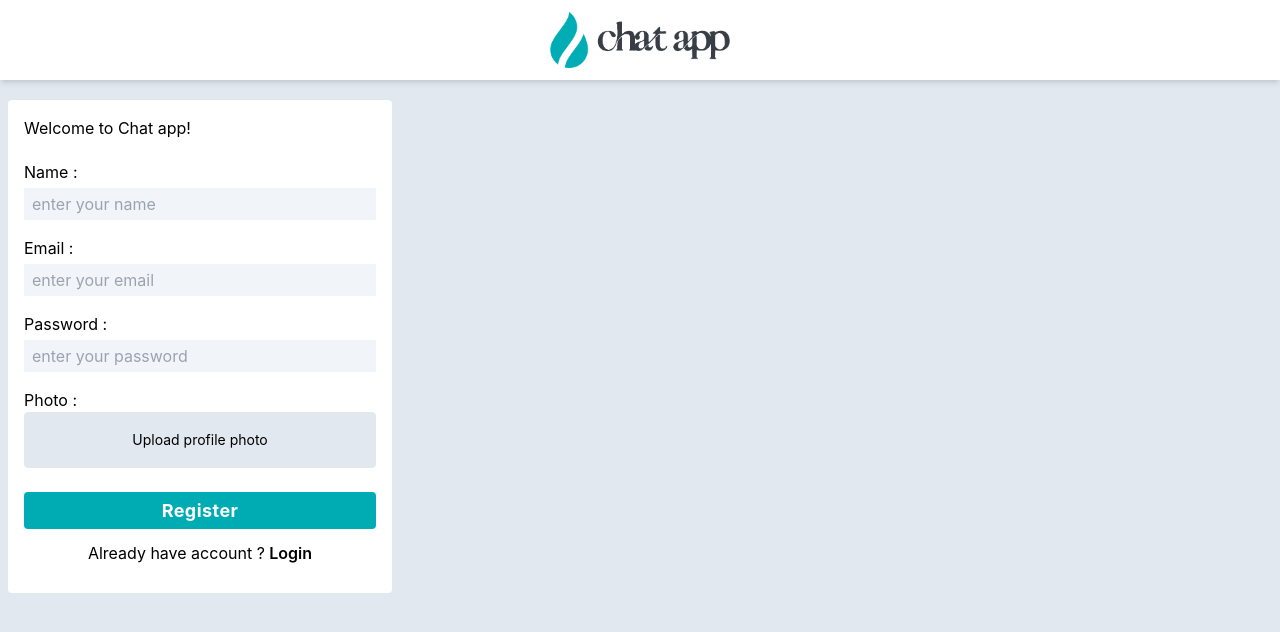
Repository: TharsikanV/chat-app
Page: /register (app in client/)
These files come from the project's save history. The page is drawn as it stood at one moment and after the next save; the edit follows.
The browser window is 1280 px wide. The pictures show the whole page.
The project was rebuilt for these pictures with package versions that can differ from the ones it lists, and the page was loaded fresh each time. Also part of the build but not shown: client/src/App.css, client/src/pages/Home.js, client/src/components/MessagePage.js. Imported but missing from the stored project, and not drawn on this page: client/src/pages/CheckEmailPage, client/src/pages/CheckPasswordPage.

Above is the page before, as saved 2024-06-16 23:06:23.

### client/src/index.js
import React from 'react';
import ReactDOM from 'react-dom/client';
import './index.css';
import App from './App';
import reportWebVitals from './reportWebVitals';
import { RouterProvider } from 'react-router-dom';
import router from './routes';

const root = ReactDOM.createRoot(document.getElementById('root'));
root.render(
  <React.StrictMode>
    <RouterProvider router={router}>
      <App />
    </RouterProvider>
  </React.StrictMode>
);

// If you want to start measuring performance in your app, pass a function
// to log results (for example: reportWebVitals(console.log))
// or send to an analytics endpoint. Learn more: https://bit.ly/CRA-vitals
reportWebVitals();

### client/src/index.css
@tailwind base;
@tailwind components;
@tailwind utilities;
body {
  margin: 0;
  font-family: -apple-system, BlinkMacSystemFont, 'Segoe UI', 'Roboto', 'Oxygen',
    'Ubuntu', 'Cantarell', 'Fira Sans', 'Droid Sans', 'Helvetica Neue',
    sans-serif;
  -webkit-font-smoothing: antialiased;
  -moz-osx-font-smoothing: grayscale;
  @apply bg-slate-200
}

code {
  font-family: source-code-pro, Menlo, Monaco, Consolas, 'Courier New',
    monospace;
}

### client/src/App.js
import { Outlet } from 'react-router-dom';
import './App.css';

function App() {
  return (
   <main>
    <Outlet/>
   </main>
  );
}

export default App;

### client/src/routes/index.js
import { createBrowserRouter } from "react-router-dom";
import App from "../App";
import RegisterPage from "../pages/RegisterPage";
import CheckEmailPage from "../pages/CheckEmailPage";
import CheckPasswordPage from "../pages/CheckPasswordPage";
import Home from "../pages/Home";
import MessagePage from "../components/MessagePage";
import AuthLayouts from "../layout";

const router=createBrowserRouter([
    {
        path:"/",
        element:<App/>,
        children:[
            {
                path:"register",
                element:<AuthLayouts><RegisterPage/></AuthLayouts>
            },
            {
                path:'email',
                element:<AuthLayouts><CheckEmailPage/></AuthLayouts>
            },
            {
                path:'password',
                element:<AuthLayouts><CheckPasswordPage/></AuthLayouts>
            },
            {
                path:"",
                element:<Home/>,
                children:[
                    {
                        path:':userId',
                        element:<MessagePage/>
                    }
                ]
            }
        ]
    }
])


export default router

### client/src/pages/RegisterPage.js
import React, { useState } from 'react'
import { IoClose } from "react-icons/io5";
import { Link } from 'react-router-dom';

const RegisterPage = () => {
  const [data,setData] = useState({
    name : "",
    email : "",
    password : "",
    profile_pic : ""
  })
  const [uploadPhoto,setUploadPhoto] = useState("")
  const handleOnChange = (e)=>{
    const { name, value} = e.target

    setData((preve)=>{
      return{
          ...preve,
          [name] : value
      }
    })
  }

  const handleUploadPhoto=(e)=>{
    const file=e.target.files[0]

    setUploadPhoto(file)
  }

  const handleClearUploadPhoto=(e)=>{
    e.stopPropagation()
    e.preventDefault()
    setUploadPhoto(null)
  }

  const handleSubmit=(e)=>{
    e.preventDefault()
    e.stopPropagation()
  }

  return (
    <div className='mt-5'>
      <div className='bg-white w-full max-w-sm  rounded overflow-hidden p-4 mx-2'>
        <h3>Welcome to Chat app!</h3>
        <form className='grid gap-4 mt-5' onSubmit={handleSubmit}>
        <div  className='flex flex-col gap-1'>
          <label htmlFor='name'>Name :</label>
          <input
            type='text'
            id='name'
            name='name'
            placeholder='enter your name'
            className='bg-slate-100 px-2 py-1 focus:outline-primary'
            value={data.name}
            onChange={handleOnChange}
            required
          />
        </div>
        <div className='flex flex-col gap-1'>
                <label htmlFor='email'>Email :</label>
                <input
                  type='email'
                  id='email'
                  name='email'
                  placeholder='enter your email'
                  className='bg-slate-100 px-2 py-1 focus:outline-primary'
                  value={data.email}
                  onChange={handleOnChange}
                  required
                />
              </div>

              <div className='flex flex-col gap-1'>
                <label htmlFor='password'>Password :</label>
                <input
                  type='password'
                  id='password'
                  name='password'
                  placeholder='enter your password'
                  className='bg-slate-100 px-2 py-1 focus:outline-primary'
                  value={data.password}
                  onChange={handleOnChange}
                  required
                />
              </div>
              <div className='flex flex-col gap-1'>
                <label htmlFor='profile_pic'>Photo :
                <div className='h-14 bg-slate-200 flex justify-center items-center rounded border hover:border-primary cursor-pointer'>
                  <p className='text-sm max-w-[300px] text-ellipsis line-clamp-1'>
                    {
                      uploadPhoto?.name ? uploadPhoto?.name : "Upload profile photo"
                    }
                  </p>
                  {
                    uploadPhoto?.name && (
                      <button className='text-lg ml-2 hover:text-red-600' onClick={handleClearUploadPhoto}>
                        <IoClose/>
                      </button>
                    )
                  }

                </div>
                </label>

                <input
                  type='file'
                  id='profile_pic'
                  name='profile_pic'
                  className='bg-slate-100 px-2 py-1 focus:outline-primary hidden'
                  onChange={handleUploadPhoto}
                />
              </div>

              <button className='bg-primary text-lg px-4 py-1 hover:bg-secondary rounded mt-2 font-bold text-white leading-relaxed tracking-wide'>
                  Register
              </button>
      </form>
      <p className='my-3 text-center'>Already have account ? <Link to={"/email"} className='hover:text-primary font-semibold'>Login</Link></p>
      </div>

    </div>
  )
}

export default RegisterPage

### client/src/layout/index.js
import React from 'react'
import logo from '../assets/logo.png'

const AuthLayouts = ({children}) => {
  return (
    <>
        <header className='flex justify-center items-center py-3 h-20 shadow-md bg-white'>
            <img
              src={logo}
              alt='logo'
              width={180}
              height={60}
            />
        </header>
        { children }
    </>
  )
}

export default AuthLayouts

### client/tailwind.config.js
/** @type {import('tailwindcss').Config} */
module.exports = {
  content: [
    "./src/**/*.{js,jsx,ts,tsx}",
  ],
  theme: {
    extend: {
      colors:{
        primary:"#00acb4",
        secondary:"#058187"
      }
    },
  },
  plugins: [],
}

Loaded but not shown: client/public/index.html (common file); client/src/reportWebVitals.js (common file)

After the next save:
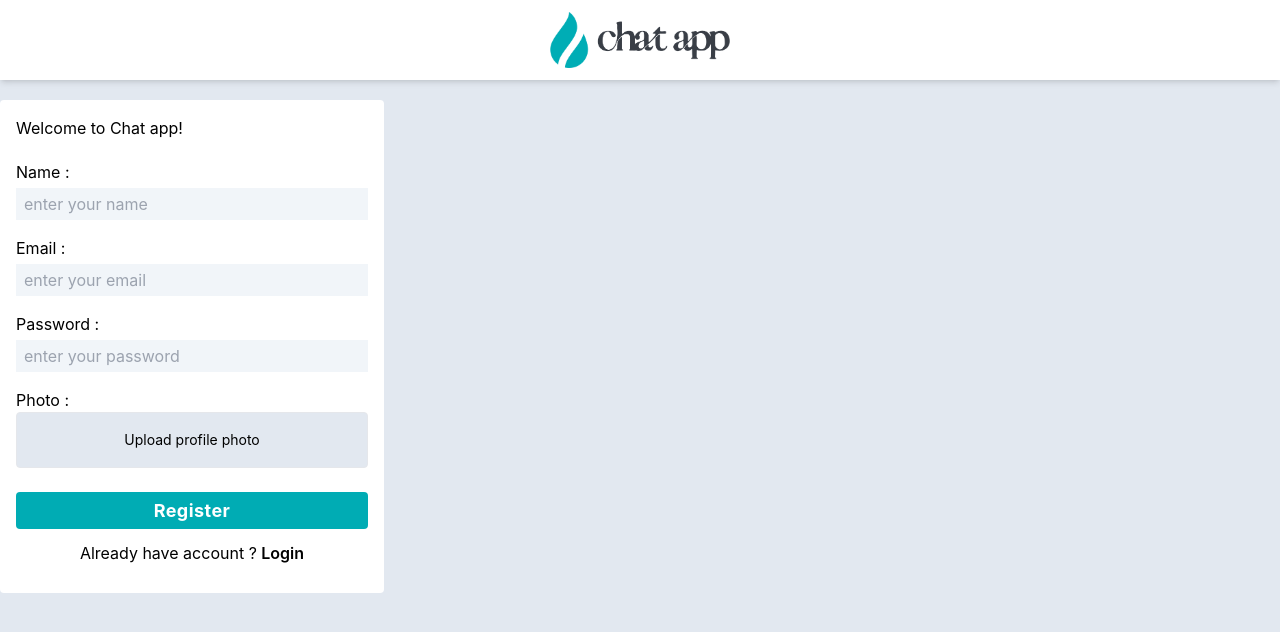
Saved 60 s later.
--- a/client/src/pages/RegisterPage.js
+++ b/client/src/pages/RegisterPage.js
@@ -40,7 +40,7 @@ const RegisterPage = () => {
 
   return (
     <div className='mt-5'>
-      <div className='bg-white w-full max-w-sm  rounded overflow-hidden p-4 mx-2'>
+      <div className='bg-white w-full max-w-sm  rounded overflow-hidden p-4 mx-a'>
         <h3>Welcome to Chat app!</h3>
         <form className='grid gap-4 mt-5' onSubmit={handleSubmit}>
         <div  className='flex flex-col gap-1'>
